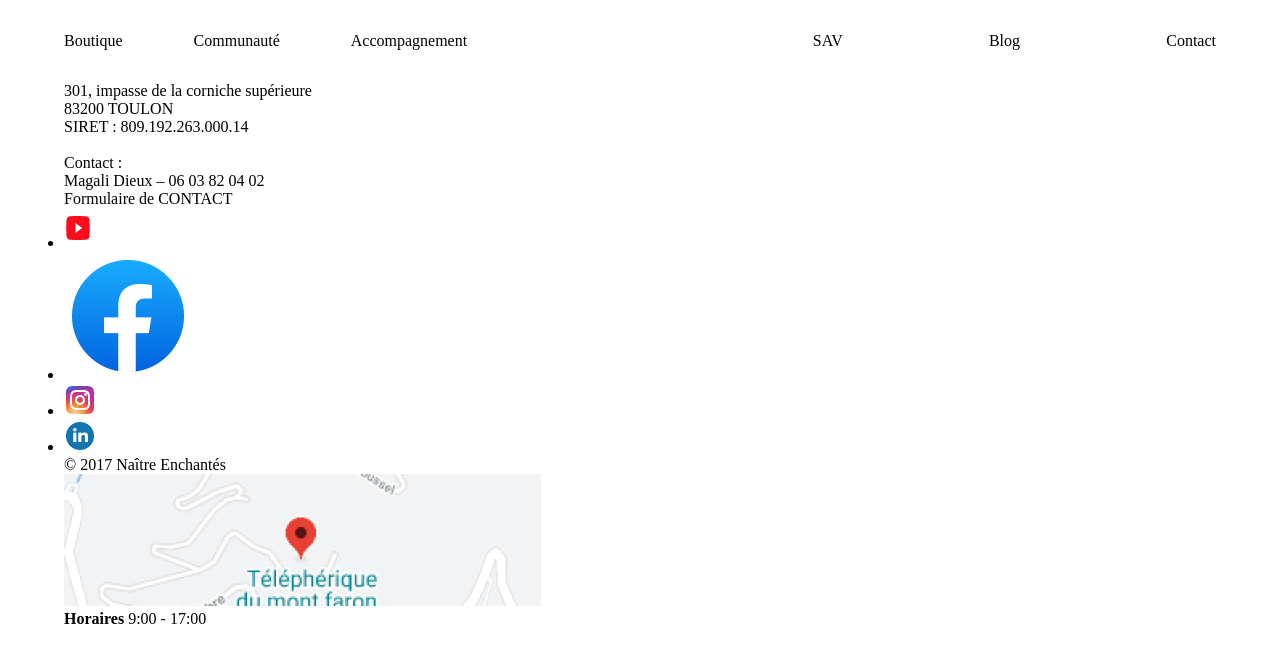
Repository: Khadija-Asa/naitre-enchantes
Page: footer.html
An editor plug-in stored every save of this project. The page is shown before and after a run of saves, followed by the edit.
The browser window is 1280 px wide. The pictures show the whole page.

Above is the page before, as saved 2020-11-24 22:49:43.

### footer.html
<!DOCTYPE html>
<html lang="en">
<head>
    <meta charset="UTF-8">
    <meta name="viewport" content="width=device-width, initial-scale=1.0">
    <title>naître enchantés</title>
    <link rel="stylesheet" href="footer.css">
</head>
<body>
    <footer>
        <div class="footer_top">
            <ul class="top_left">
                <li>Boutique</li>
                <li>Communauté</li>
                <li>Accompagnement</li>
            </ul>
            <ul class="top_right">
                <li>SAV</li>
                <li>Blog</li>
                <li>Contact</li>
            </ul>
        </div>
        <div class="footer_bottom">
            <div class="bottom_left">
                <p>301, impasse de la corniche supérieure <br>
                    83200 TOULON <br>
                    SIRET : 809.192.263.000.14 <br><br>

                    Contact : <br>
                    Magali Dieux – 06 03 82 04 02 <br>
                    Formulaire de CONTACT</p>
            </div>
            <div class="bottom_middle">
                <ul>
                    <li><a href=""><img src="img/youtube.png" alt="icon" class="icon_footer"></a></li>
                    <li><a href=""><img src="img/Facebook.png" alt="icon" class="icon_footer"></a></li>
                    <li><a href=""><img src="img/instagram.png" alt="icon" class="icon_footer"></a></li>
                    <li><a href=""><img src="img/linkedin.png" alt="icon" class="icon_footer"></a></li>
                </ul>
                <p> © 2017 Naître Enchantés</p>
            </div>
            <div class="bottom_right">
                <img src="img/Rectangle 38.png" alt="google map">
                <p> <b> Horaires </b> 9:00 - 17:00</p>
            </div>
        </div>
    </footer>
</body>
</html>

### footer.css
* {
    margin: 0;
    padding: 0;
    font-family: ;
}
footer {
    margin: 2em 5% 0;
}
.footer_top {
    display: flex;
    justify-content: space-between;
    flex-wrap: wrap;
    align-items: center;
    margin: 2em auto;
    border-bottom: ;
}

.top_left,
.top_right {
    display: flex;
    justify-content: space-between;
    flex-wrap: wrap;
    align-items: center;
    list-style: none;
    width: 35%;
}

After the next 4 saves:
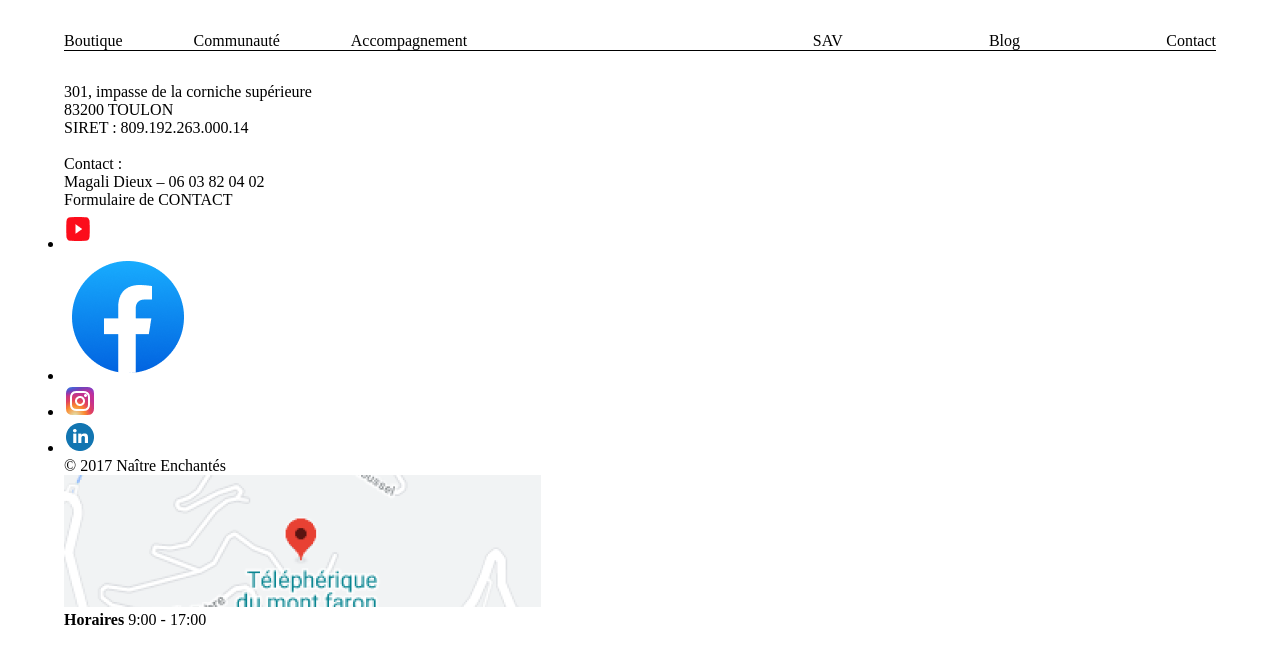
The 4 saves are shown as one change because they came seconds apart.
The last was saved 12 s later.
--- a/footer.css
+++ b/footer.css
@@ -12,7 +12,7 @@
     flex-wrap: wrap;
     align-items: center;
     margin: 2em auto;
-    border-bottom: ;
+    border-bottom: solid 1px ;
 }
 
 .top_left,
